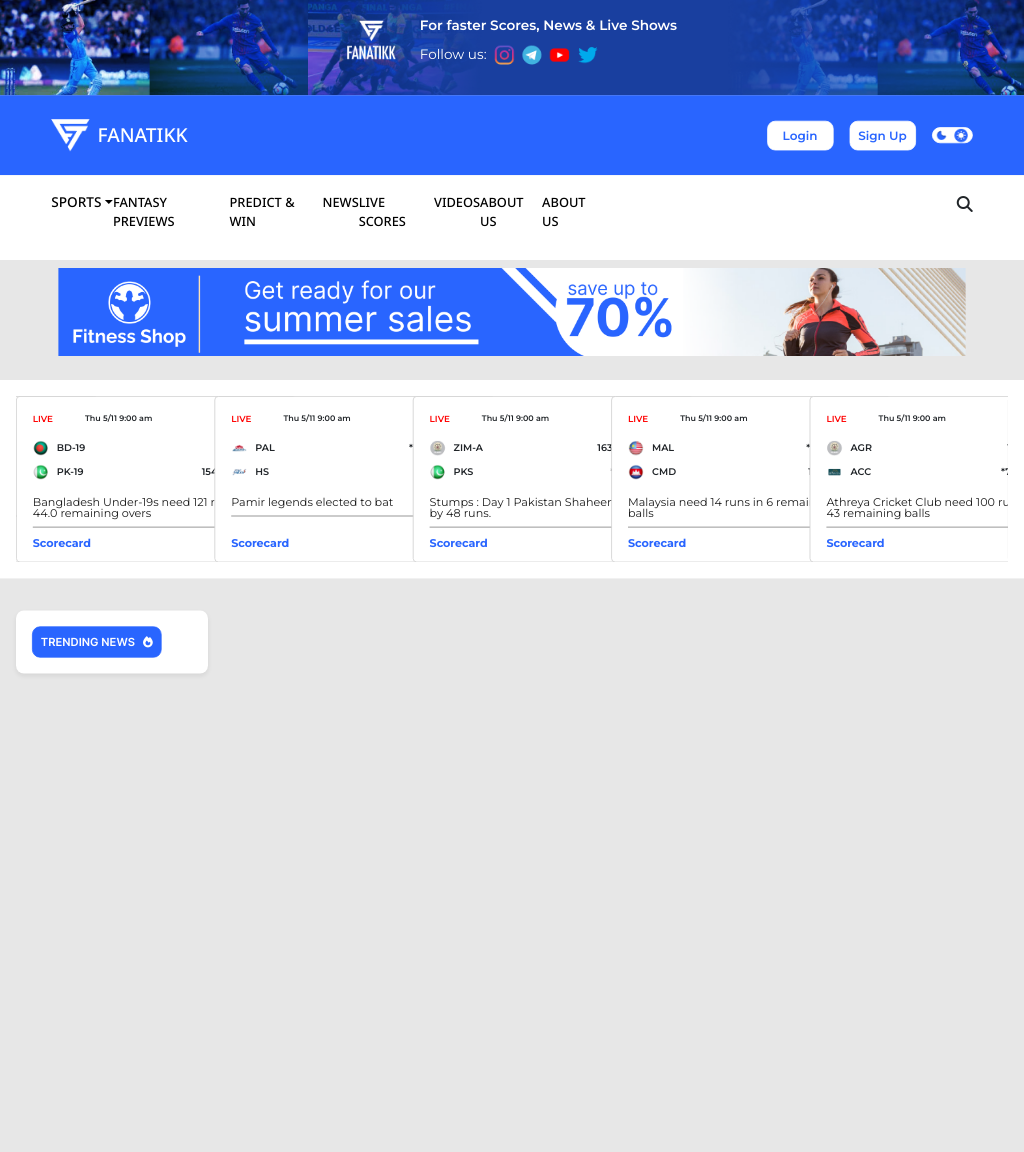
Repository: FlyweisReact/Kannapa
Page: /
An editor plug-in stored every save of this project. The page is shown before and after the next save, followed by the edit.
The browser window is 1280 px wide. The pictures show the whole page, at 80% of full size.
Some web libraries are served in a nearby version. The project was rebuilt for these pictures with package versions that can differ from the ones it lists, and the page was loaded fresh each time. Also part of the build but not shown: src/Components/Layout/Footer.js, src/Components/Sliders/Index-video-Slider.js, src/Components/firstScreen.jsx, src/Components/secondScreen.jsx, src/Components/thirdScreen.jsx, src/Components/fourthScreen.jsx, src/CSS/Footer.css.

Above is the page before, as saved 2023-06-03 13:32:44.

After the next save:
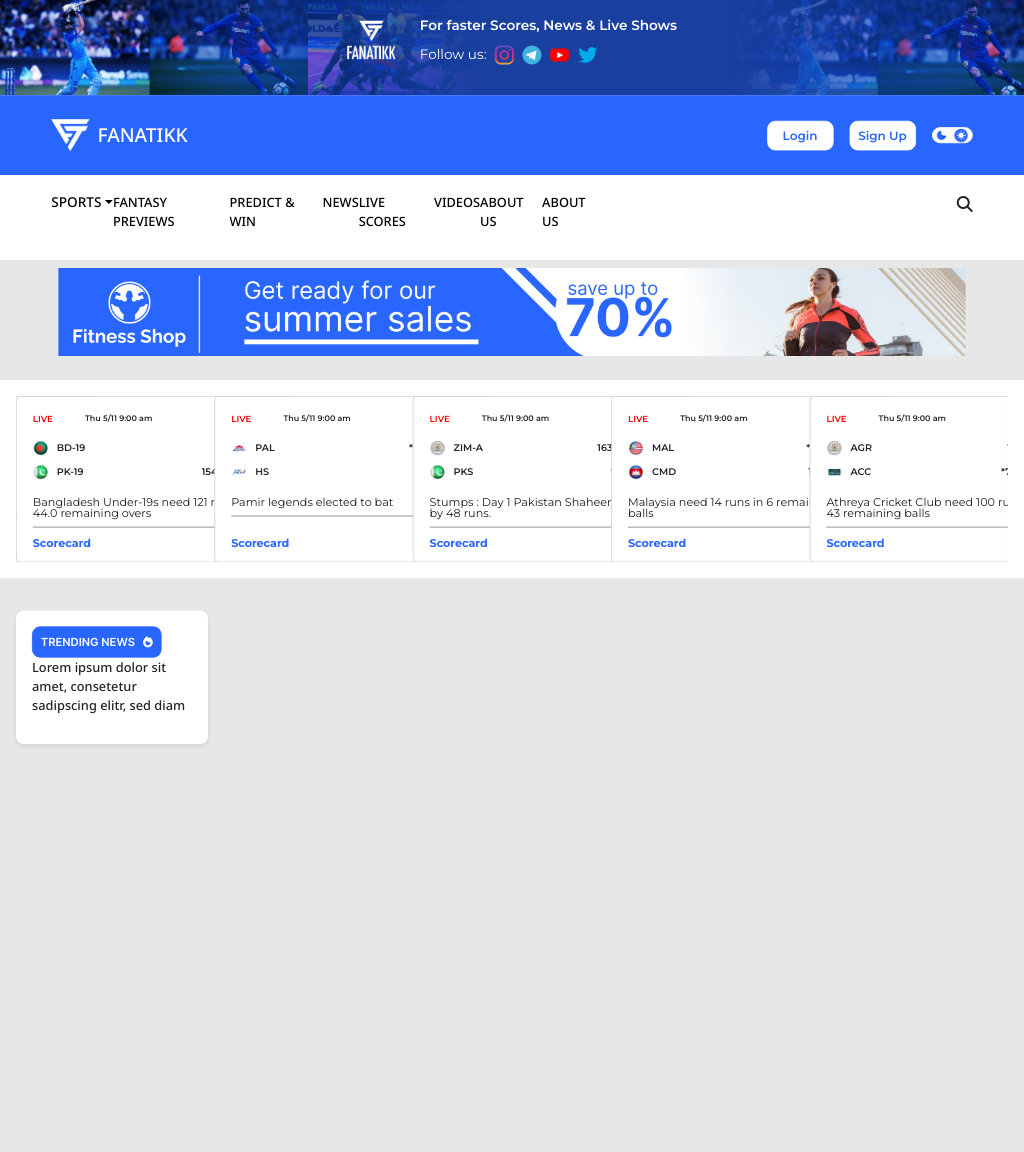
Saved 4 s later.
--- a/src/Pages/HomeScreen.js
+++ b/src/Pages/HomeScreen.js
@@ -55,7 +55,7 @@ const HomeScreen = () => {
               </button>
 
               <div className="desc">
-
+              <p>Lorem ipsum dolor sit amet, consetetur sadipscing elitr, sed diam</p>
 
               </div>
 
